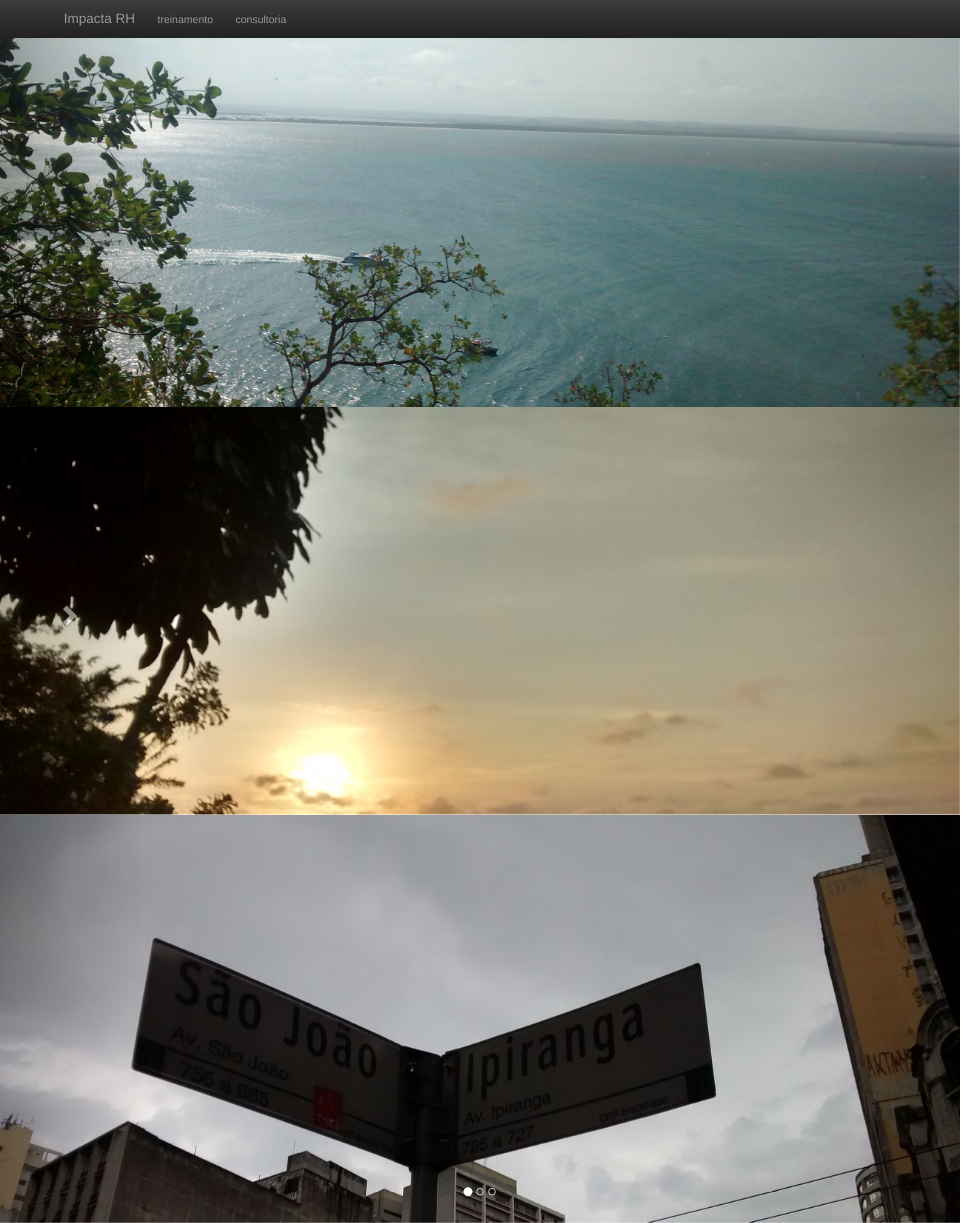
Repository: NicholasMaestrello/treinamento-impacta
Page: DesenvolvimentoJava/Modulo06/02_EmpresaRH/WebContent/produtos.html
These files come from the project's save history. The page is drawn as it stood at one moment and after the next save; the edit follows.
The browser window is 1280 px wide. The page is 1295 px wide, so the pictures cover 1295 px, including what lies to the right of the window. The pictures show the whole page, at 75% of full size.

Above is the page before, as saved 2017-10-20 17:08:55.

After the next save:
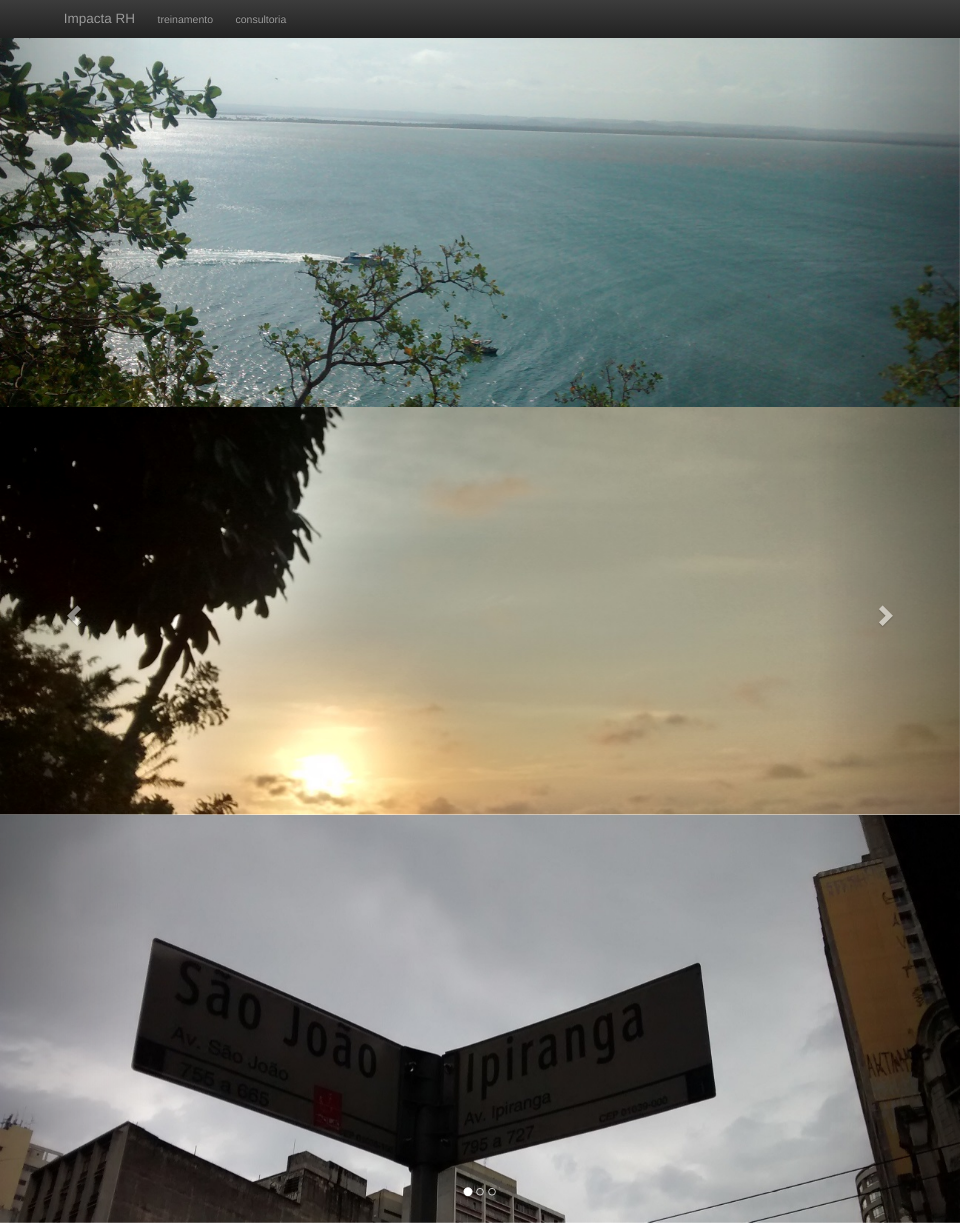
Saved 39 s later.
--- a/DesenvolvimentoJava/Modulo06/02_EmpresaRH/WebContent/produtos.html
+++ b/DesenvolvimentoJava/Modulo06/02_EmpresaRH/WebContent/produtos.html
@@ -52,8 +52,13 @@
 					</div>
 				</div>
 				<a class="left carousel-control" href="#slides" role="button" data-slide="prev">
+					<span class="glyphicon glyphicon-chevron-left" aria-hidden="true"></span>
+					<span class="sr-only">Anterior</span>
+				</a>
+
+				<a class="right carousel-control" href="#slides" role="button" data-slide="prev">
 					<span class="glyphicon glyphicon-chevron-right" aria-hidden="true"></span>
-					<span class="sr-only"></span>
+					<span class="sr-only">Proxima</span>
 				</a>
 			</div>
 		</div>
